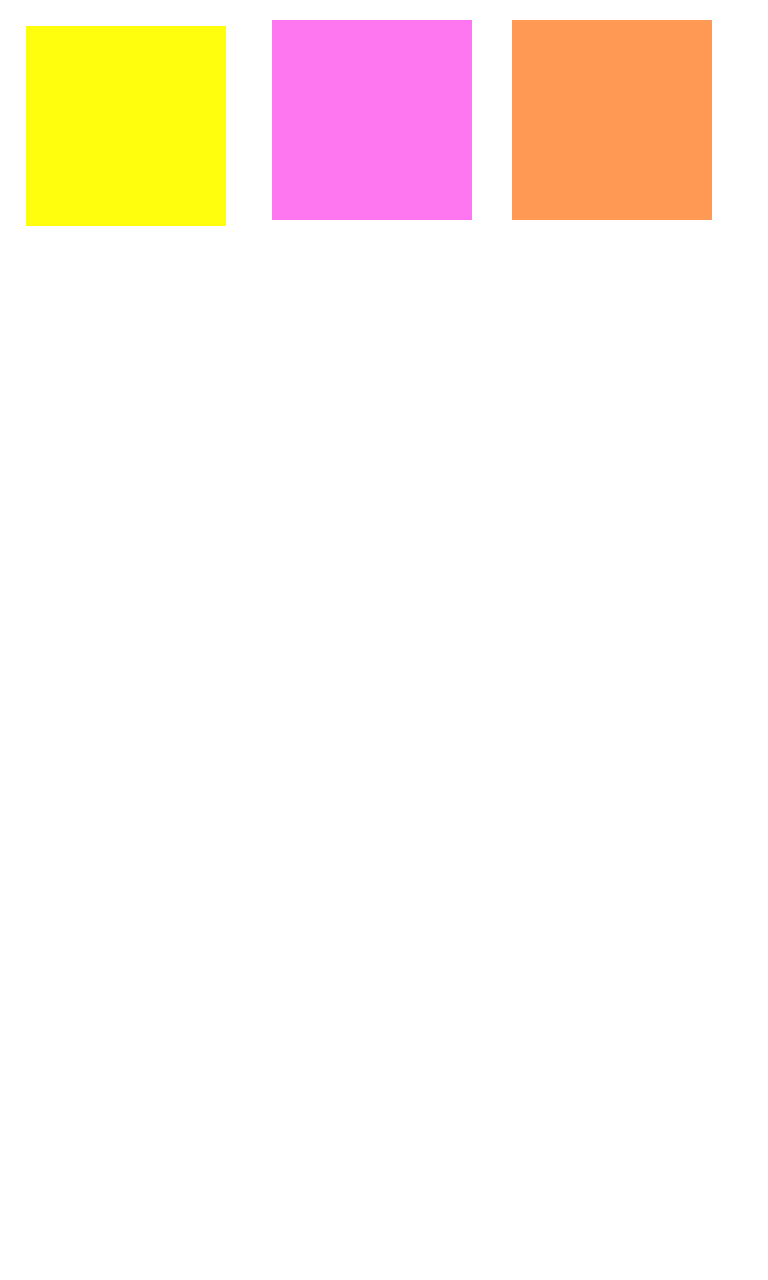
Repository: ling-cen/demo
Layout: Layout_1/res/layout/liner_layout_1.xml
The author's editor kept a copy of each file at every save. The layout is drawn from the files as they stood at one save, then again after the next save.
It is drawn on a 768 x 1280 px phone screen (xhdpi) without system bars, with theme AppTheme; the app's code is not run.

Above is the layout before, as saved 2018-12-12 05:32:57.

### Layout_1/res/layout/liner_layout_1.xml
<?xml version="1.0" encoding="utf-8"?>
<LinearLayout xmlns:android="http://schemas.android.com/apk/res/android"
    android:layout_width="match_parent"
    android:layout_height="match_parent"
    android:orientation="horizontal" >
    <TextView
        android:layout_width="100dp"
        android:layout_height="100dp"
        android:background="#FFFF0D"
        android:layout_margin="13dp"


        />
   <TextView
       android:layout_width="100dp"
       android:layout_height="100dp"
       android:layout_margin="10dp"
       android:background="#FF77F0"


       />

   <TextView
       android:layout_width="100dp"
       android:layout_height="100dp"
       android:background="#FF9954"
       android:layout_margin="10dp"
       />

</LinearLayout>

Loaded but not shown: Layout_1/res/values/styles.xml (common file); Layout_1/res/values-v11/styles.xml (common file); Layout_1/res/values-v14/styles.xml (common file)

After the next save:
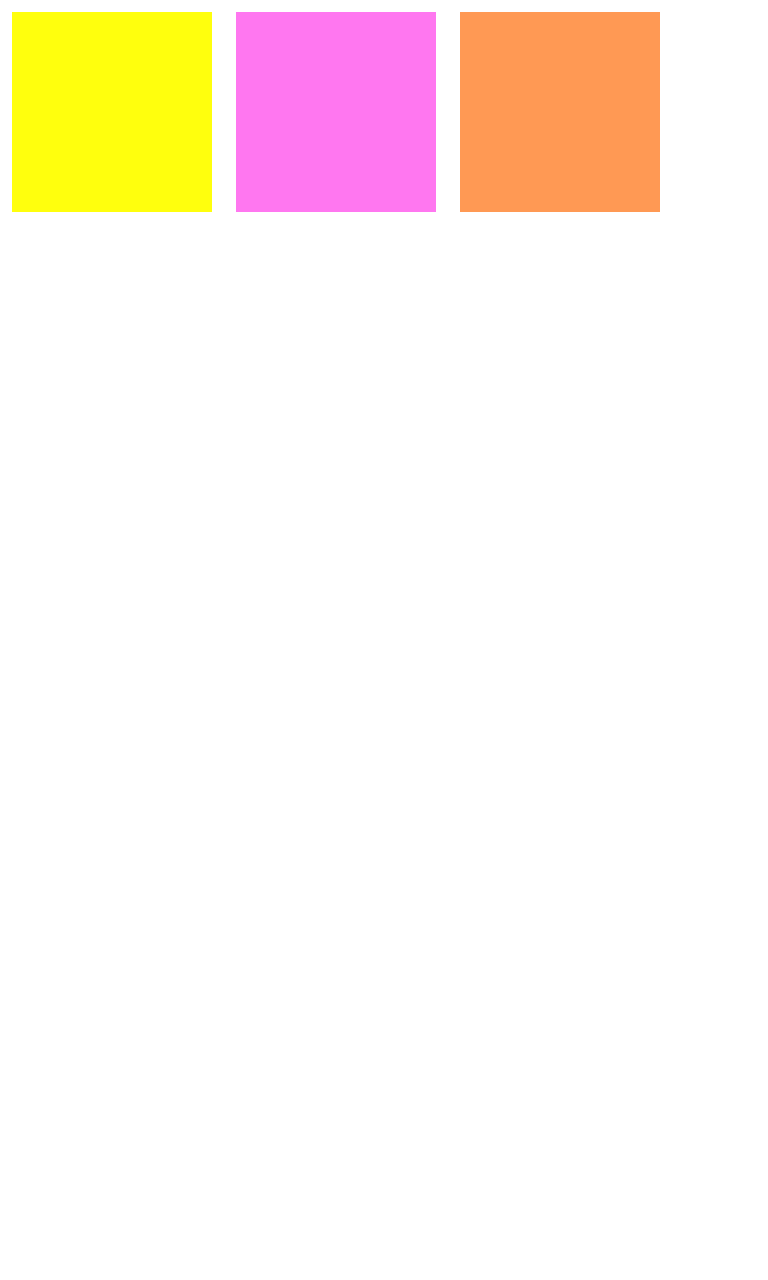
Saved 10 s later.
--- a/Layout_1/res/layout/liner_layout_1.xml
+++ b/Layout_1/res/layout/liner_layout_1.xml
@@ -7,14 +7,14 @@
         android:layout_width="100dp"
         android:layout_height="100dp"
         android:background="#FFFF0D"
-        android:layout_margin="13dp"
+        android:layout_margin="6dp"
 
 
         />
    <TextView
        android:layout_width="100dp"
        android:layout_height="100dp"
-       android:layout_margin="10dp"
+       android:layout_margin="6dp"
        android:background="#FF77F0"
 
 
@@ -24,7 +24,7 @@
        android:layout_width="100dp"
        android:layout_height="100dp"
        android:background="#FF9954"
-       android:layout_margin="10dp"
+       android:layout_margin="6dp"
        />
 
 </LinearLayout>
